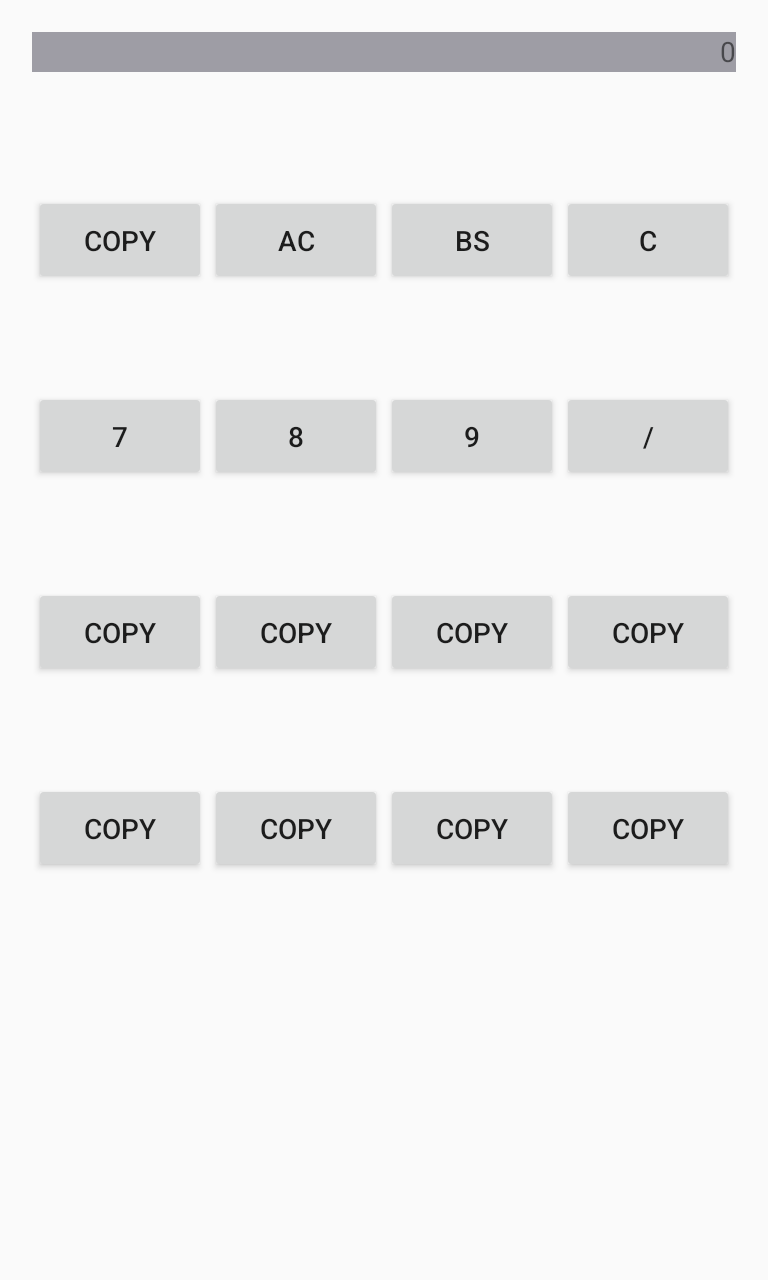
Repository: y-matsumoto/TECH.C-2015
Layout: submit/shokei/java0704/Calculator/res/layout/activity_main.xml
An editor plug-in stored every save of this project. The layout is shown before and after the next save, followed by the edit.
It is drawn on a 768 x 1280 px phone screen (xhdpi) without system bars, with theme AppTheme; the app's code is not run.

Above is the layout before, as saved 2015-07-04 07:16:19.

After the next save:
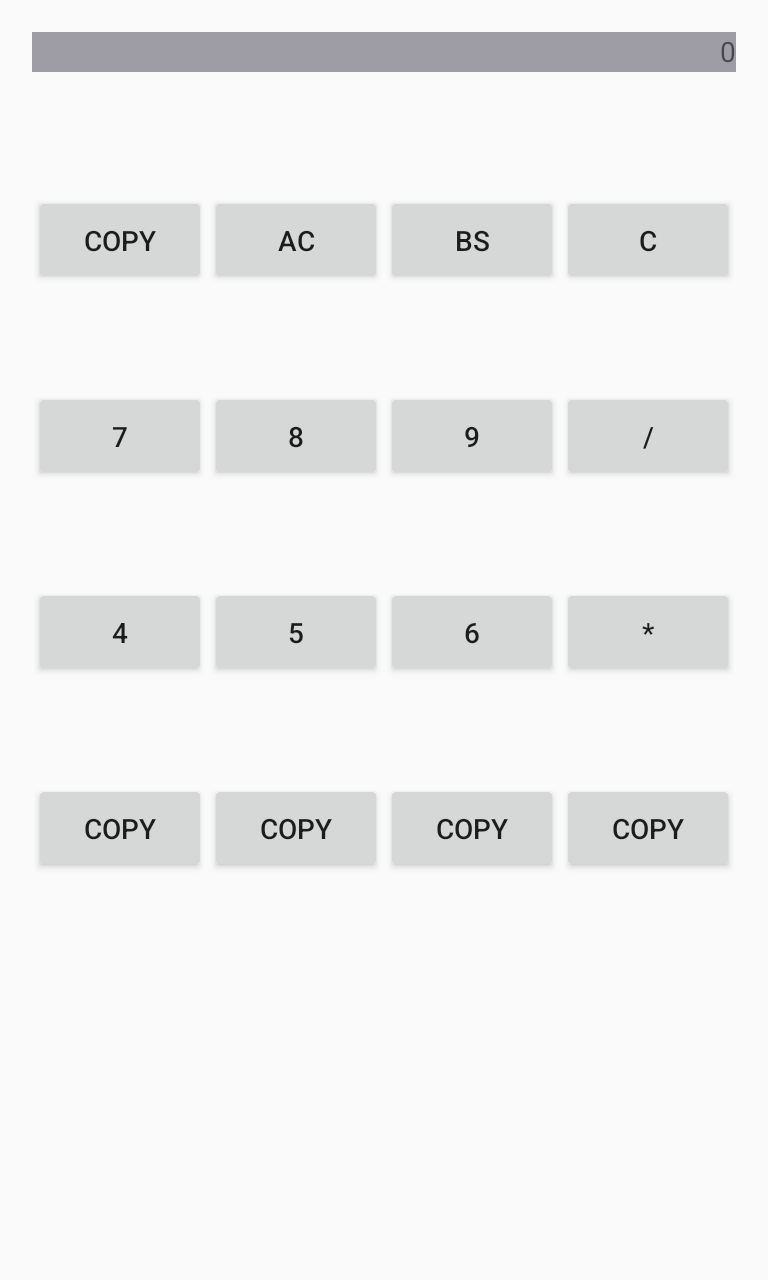
Saved 27 s later.
--- a/submit/shokei/java0704/Calculator/res/layout/activity_main.xml
+++ b/submit/shokei/java0704/Calculator/res/layout/activity_main.xml
@@ -106,32 +106,32 @@
         android:orientation="horizontal" >
 
         <Button
-            android:id="@+id/Copy"
+            android:id="@+id/FOUR"
             android:layout_width="wrap_content"
             android:layout_height="wrap_content"
             android:layout_weight="1"
-            android:text="Copy" />
+            android:text="4" />
 
         <Button
-            android:id="@+id/Copy"
+            android:id="@+id/FIVE"
             android:layout_width="wrap_content"
             android:layout_height="wrap_content"
             android:layout_weight="1"
-            android:text="Copy" />
+            android:text="5" />
 
         <Button
-            android:id="@+id/Copy"
+            android:id="@+id/SIX"
             android:layout_width="wrap_content"
             android:layout_height="wrap_content"
             android:layout_weight="1"
-            android:text="Copy" />
+            android:text="6" />
 
         <Button
-            android:id="@+id/Copy"
+            android:id="@+id/MULT"
             android:layout_width="wrap_content"
             android:layout_height="wrap_content"
             android:layout_weight="1"
-            android:text="Copy" />
+            android:text="*" />
     </LinearLayout>
 
     <LinearLayout
